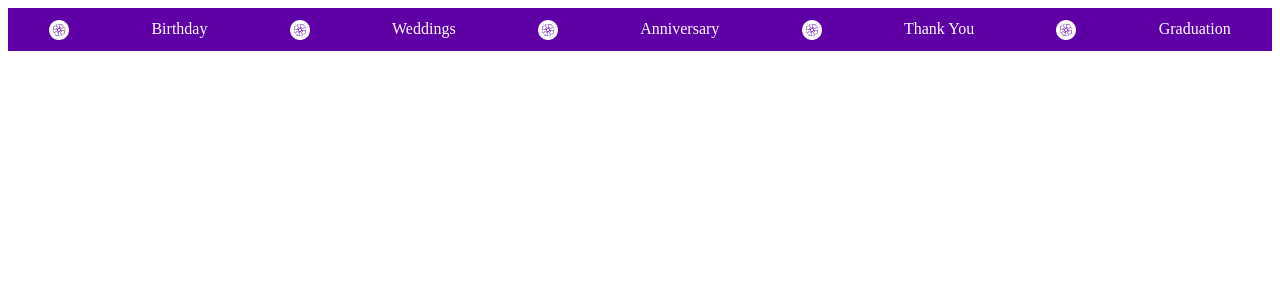
Repository: KolawoleTemilade/classroom-learning
Page: newarrival/index.html
These files come from the project's save history. The page is drawn as it stood at one moment and after the next save; the edit follows.
The browser window is 1280 px wide. The pictures show the whole page.

Above is the page before, as saved 2025-10-01 01:24:16.

### newarrival/index.html
<!DOCTYPE html>
<html lang="en">
<head>
    <meta charset="UTF-8">
    <meta name="viewport" content="width=h, initial-scale=1.0">
    <title>new arrival</title>
    <link rel="stylesheet" href="style.css">
</head>
<body>
    <div class="marq-sect">
    <div class="marque">
        <img src="../newarrival/images/icons/newarrivalflowericon.png" alt="flower-icon" width="20" height="20">
        <span>birthday</span>
        <img src="../newarrival/images/icons/newarrivalflowericon.png" alt="flower-icon" width="20" height="20">
        <span>weddings</span>
        <img src="../newarrival/images/icons/newarrivalflowericon.png" alt="flower-icon" width="20" height="20">
        <span>anniversary</span>
        <img src="../newarrival/images/icons/newarrivalflowericon.png" alt="flower-icon" width="20" height="20">
        <span>thank you</span>
        <img src="../newarrival/images/icons/newarrivalflowericon.png" alt="flower-icon"width="20" height="20">
        <span>graduation</span>

    </div>
</div>
</body>
</html>

### newarrival/style.css
.marq-sect{
    background-color: #5E00A6;
    height:6vh;
    width: 100%;
    align-content: center;
}
.marque {
    display: flex;
    align-content: center;
    justify-content:space-around ;
}
.marque > span {
    text-transform: capitalize;
    color: white;
}

After the next save:
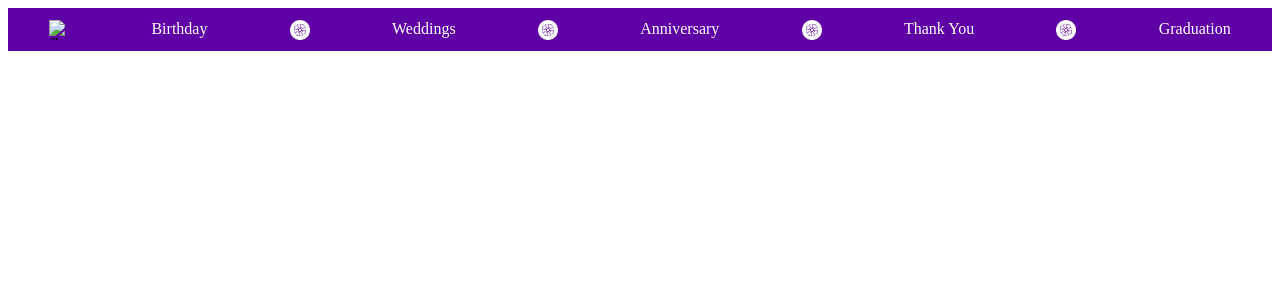
Not found: newarrival/images/icons/ma.png
Saved 3 min 27 s later.
--- a/newarrival/index.html
+++ b/newarrival/index.html
@@ -9,7 +9,7 @@
 <body>
     <div class="marq-sect">
     <div class="marque">
-        <img src="../newarrival/images/icons/newarrivalflowericon.png" alt="flower-icon" width="20" height="20">
+        <img src="../newarrival/images/icons/ma.png" alt="flower-icon" width="20" height="20">
         <span>birthday</span>
         <img src="../newarrival/images/icons/newarrivalflowericon.png" alt="flower-icon" width="20" height="20">
         <span>weddings</span>

After the save that followed:
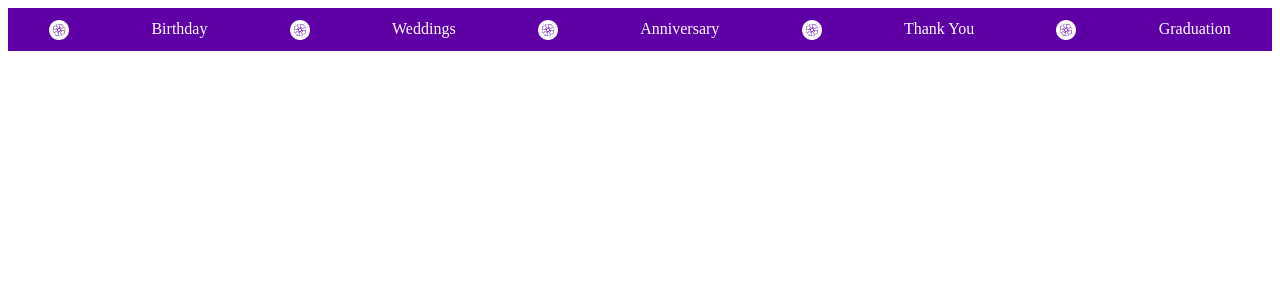
Saved 4 s later.
--- a/newarrival/index.html
+++ b/newarrival/index.html
@@ -9,7 +9,7 @@
 <body>
     <div class="marq-sect">
     <div class="marque">
-        <img src="../newarrival/images/icons/ma.png" alt="flower-icon" width="20" height="20">
+        <img src="../newarrival/images/icons/marqueflower.png" alt="flower-icon" width="20" height="20">
         <span>birthday</span>
         <img src="../newarrival/images/icons/newarrivalflowericon.png" alt="flower-icon" width="20" height="20">
         <span>weddings</span>
